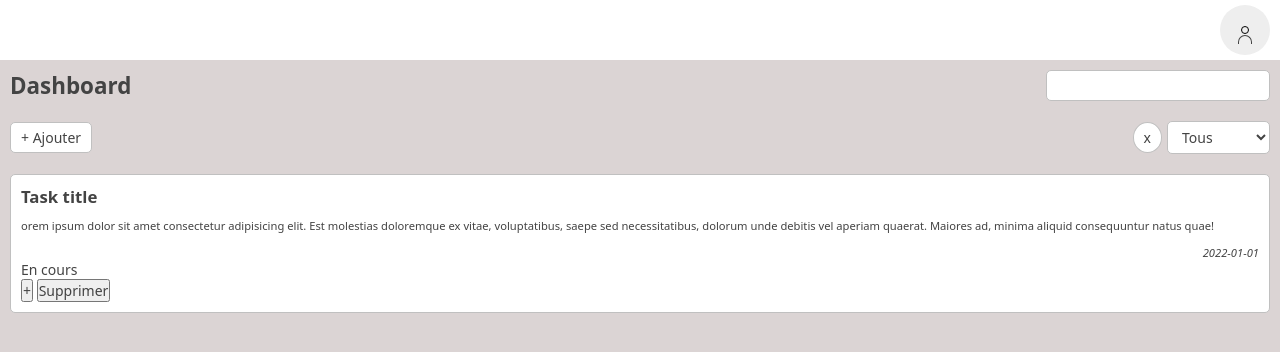
Repository: zpaulange/task_manager
Page: dashboard/index.html
The author's editor kept a copy of each file at every save. The page is drawn from the files as they stood at one save, then again after the next save.
The browser window is 1280 px wide. The pictures show the whole page.

Above is the page before, as saved 2025-03-06 15:25:22.

After the next save:
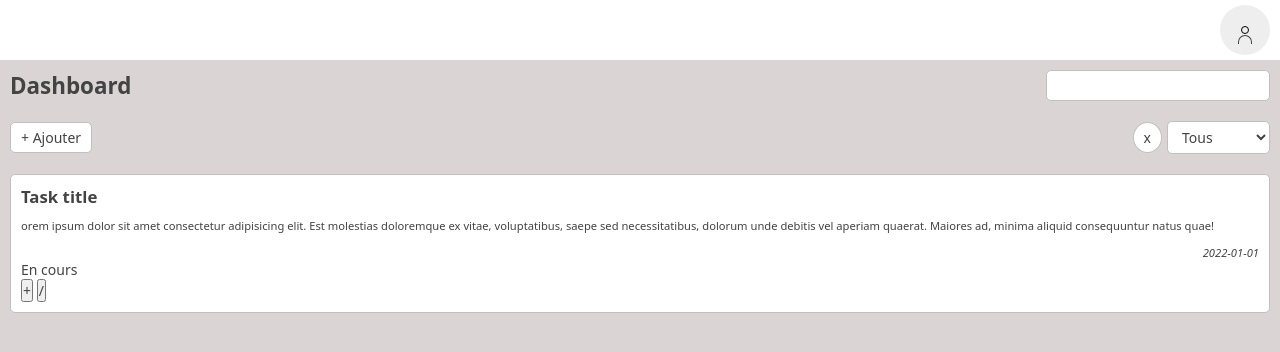
Saved 15 s later.
--- a/dashboard/index.html
+++ b/dashboard/index.html
@@ -51,7 +51,7 @@
                 </span>
                 <div>
                   <button class="main-task__content-item__actions_btn">+</button>
-                  <button class="main-task__content-item__actions_btn">Supprimer</button>
+                  <button class="main-task__content-item__actions_btn">/</button>
                 </div>
             </div>
             <!-- <section class="box box-center">
